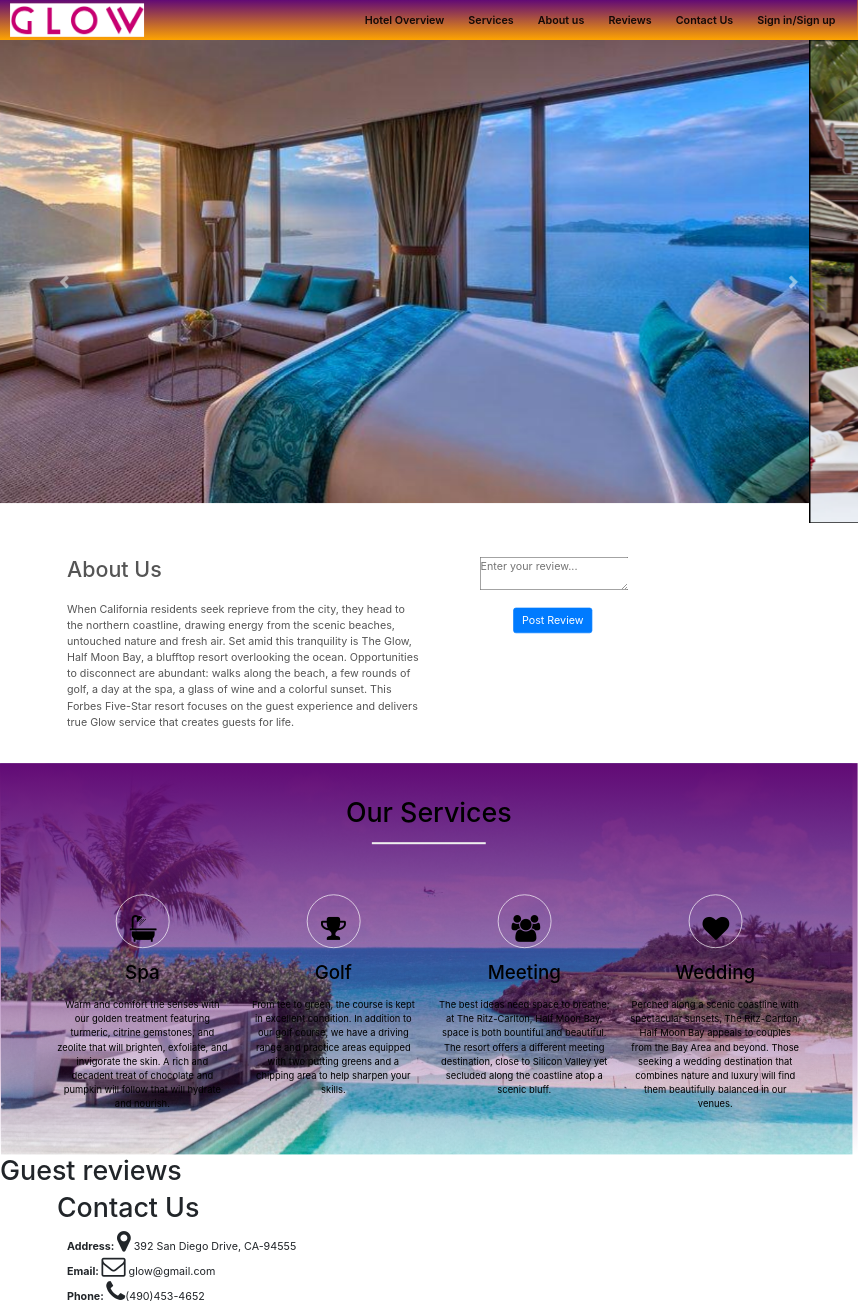
Repository: M-p1998/solo-dojo-project
Page: http://localhost/hotel/WEB-INF/hotel/home.jsp
An editor plug-in stored every save of this project. The page is shown before and after the next save, followed by the edit.
The browser window is 1280 px wide. The pictures show the whole page, at 67% of full size.
Backgrounds fixed to the window are drawn as part of the page. Some web libraries are served in a nearby version. The page is served by Tomcat 9. Nobody is signed in. The template is opened directly, without the code that normally fills it, so the values that code supplies are empty.

Above is the page before, as saved 2022-02-13 18:29:18.

After the next save:
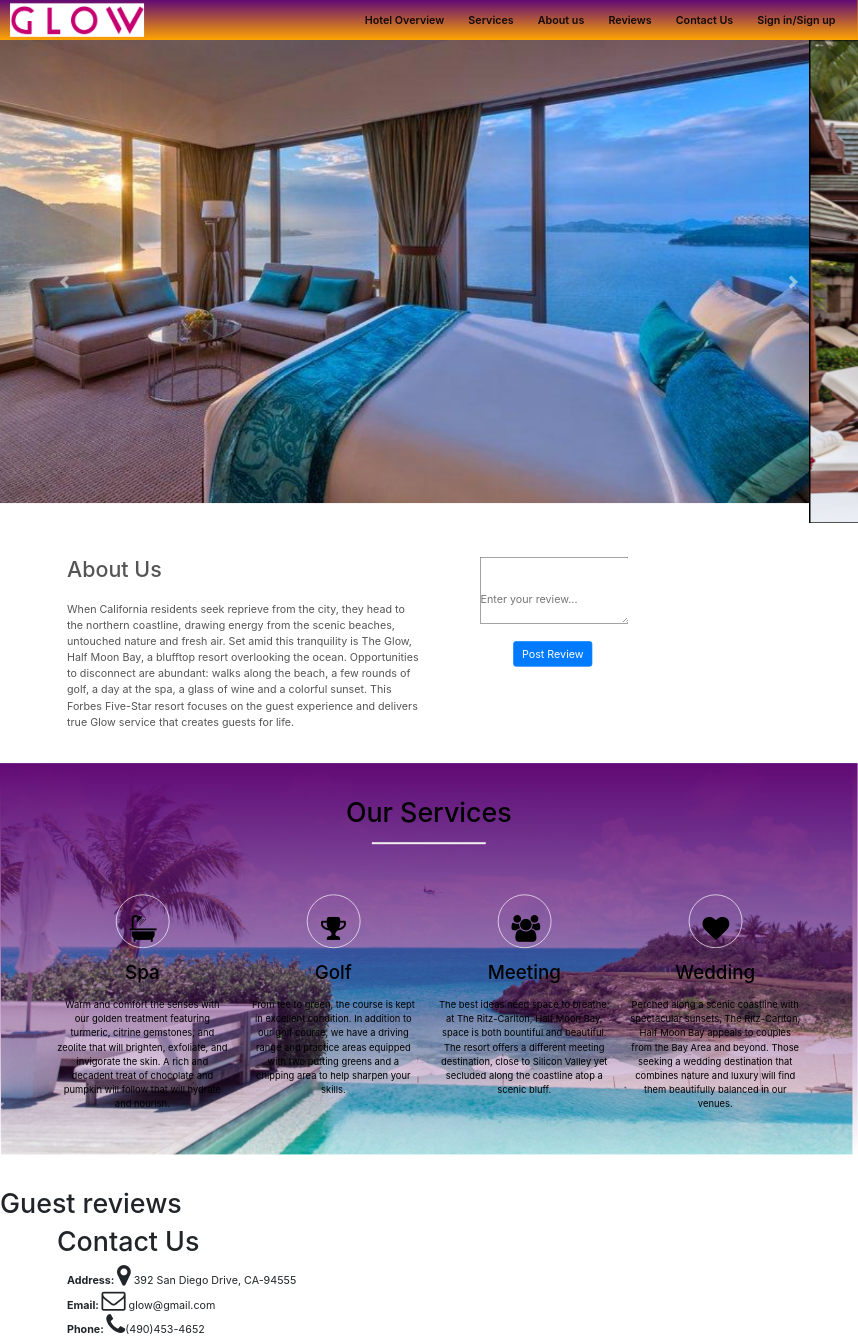
Saved 10 min 44 s later.
--- a/hotel/src/main/webapp/css/home.css
+++ b/hotel/src/main/webapp/css/home.css
@@ -117,6 +117,11 @@ body{
 	transition: 0.7s;
 }
 
+#reviews{
+	padding-top: 50px;
+
+}
+
 /* .skills-bar p{
 	margin-bottom: 6px;
 	font-weight: 600;
